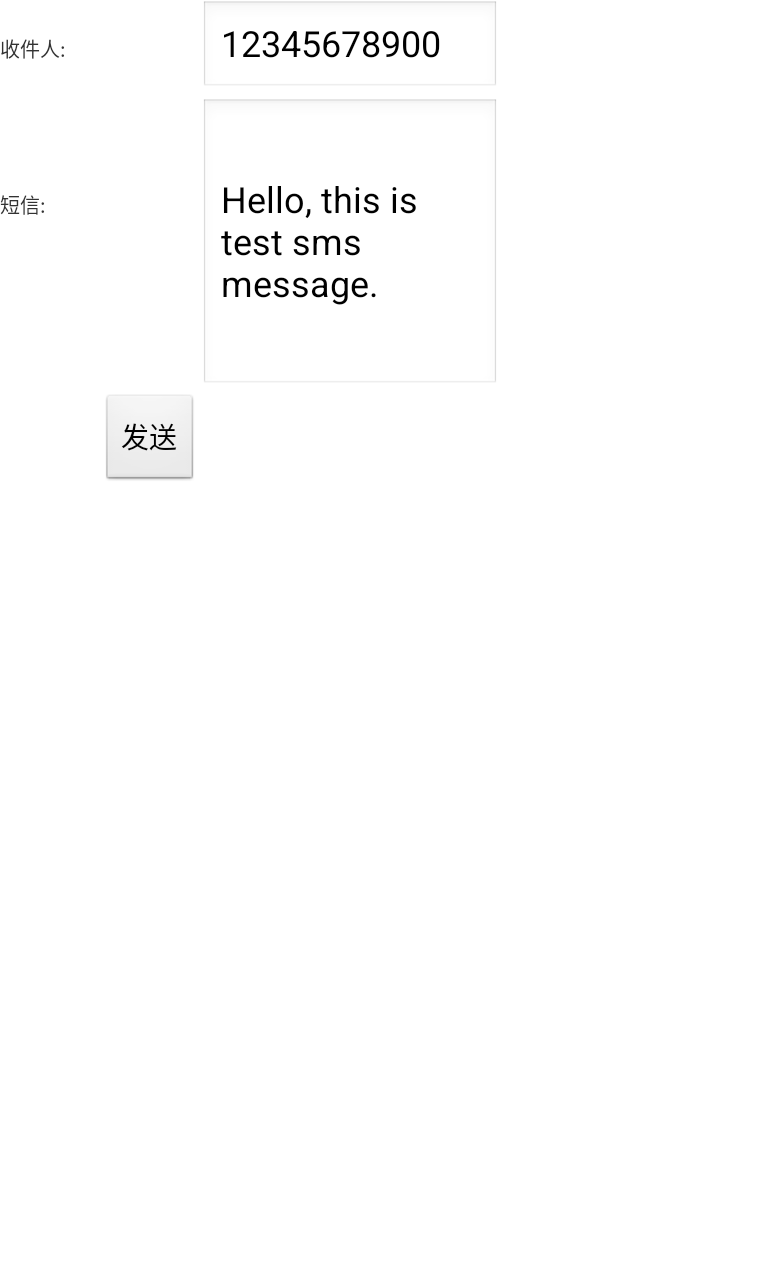
Repository: yorkLiu/android
Layout: IntentDemo/res/layout/sms_main.xml
The author's editor kept a copy of each file at every save. The layout is drawn from the files as they stood at one save, then again after the next save.
It is drawn on a 768 x 1280 px phone screen (xhdpi) without system bars, with theme AppTheme; the app's code is not run.

Above is the layout before, as saved 2014-09-20 13:07:16.

After the next save:
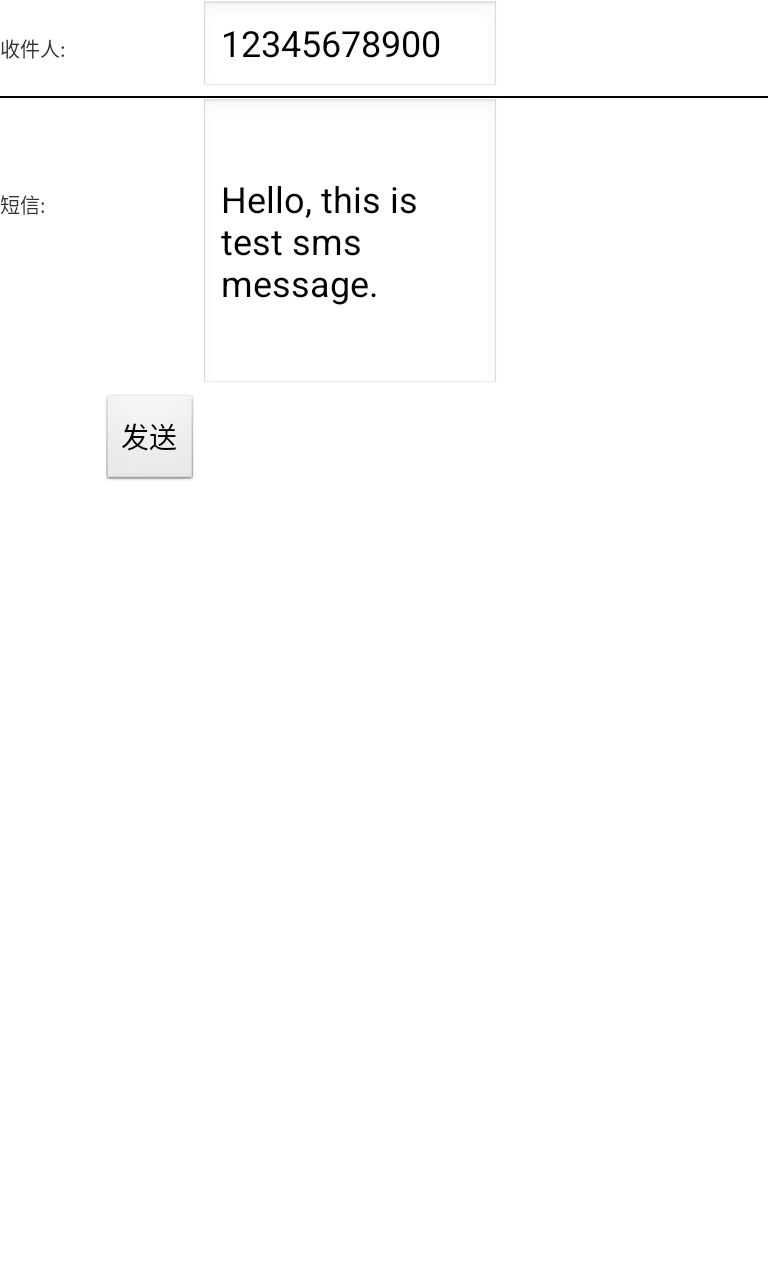
Saved 64 s later.
--- a/IntentDemo/res/layout/sms_main.xml
+++ b/IntentDemo/res/layout/sms_main.xml
@@ -21,6 +21,7 @@
     <View
         android:layout_width="fill_parent"
         android:layout_height="2px"
+        android:background="#000000"
         />
 
     <TableRow>
